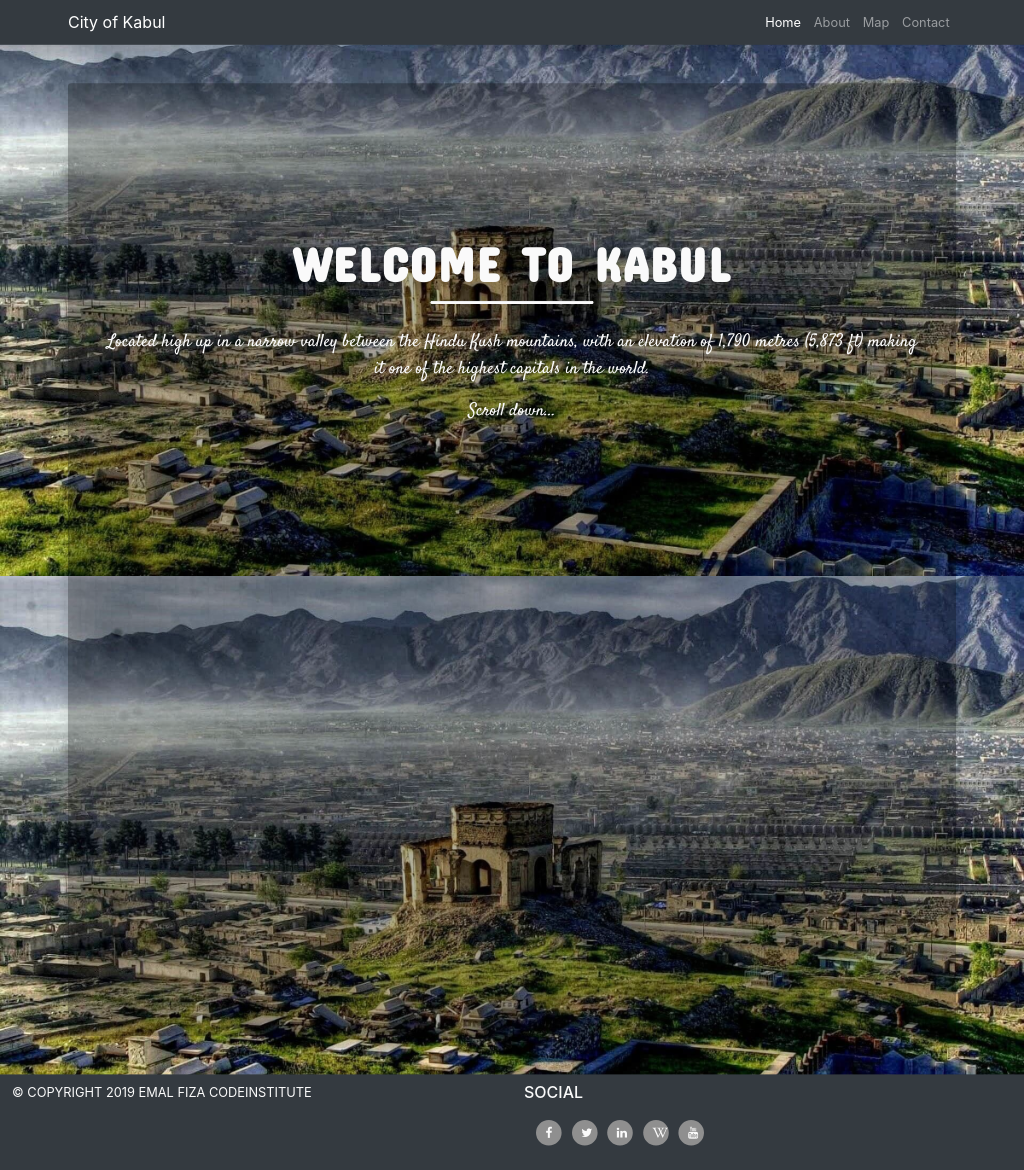
Repository: emalfiza/project-kabul
Page: index.html
The author's editor kept a record of every edit. The page is drawn from the files as they stood at one moment, then again after the next edit.
The browser window is 1280 px wide. The pictures show the whole page, at 80% of full size.
Backgrounds fixed to the window are drawn as part of the page.

Above is the page before.

After the next edit:
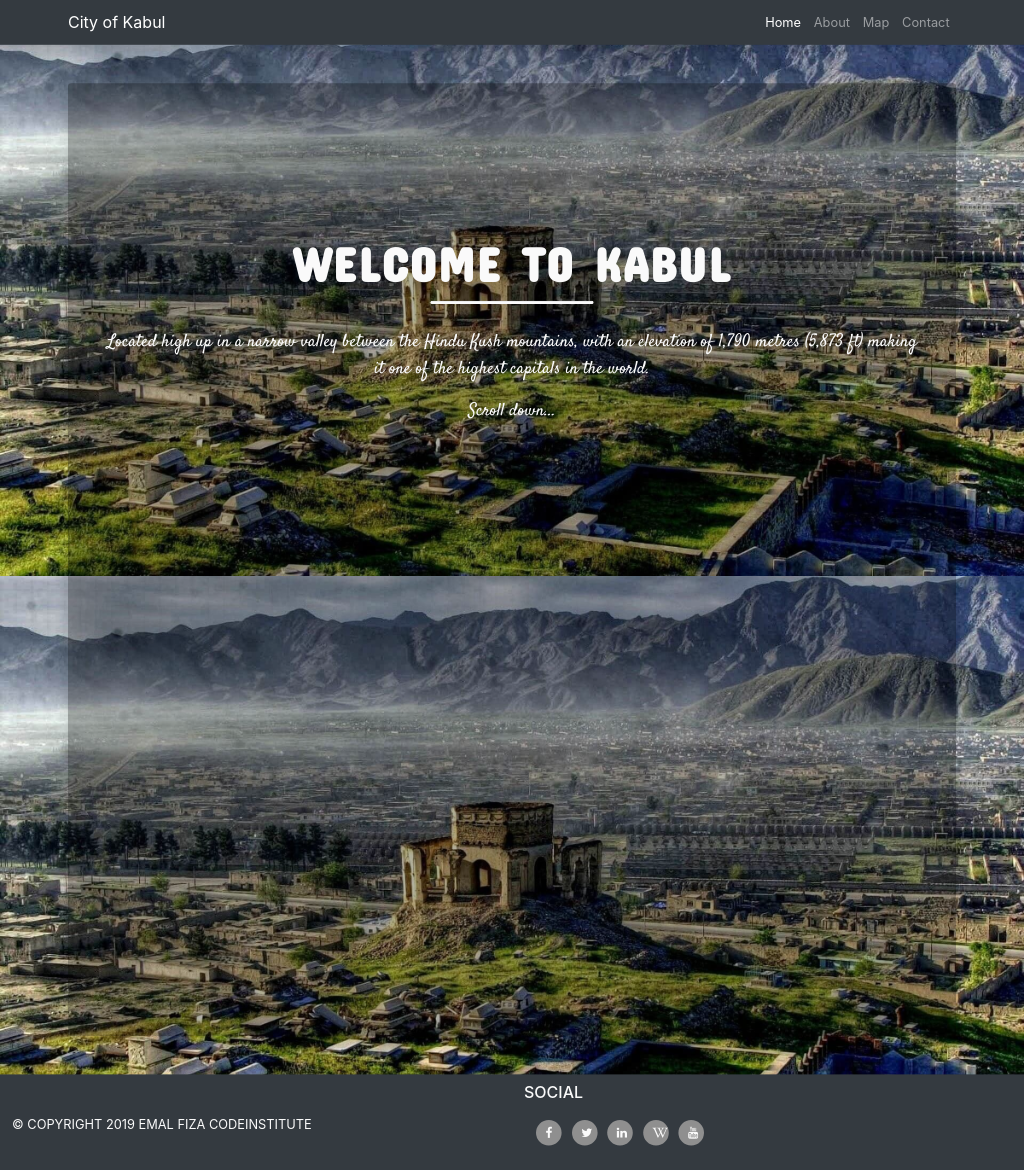
The edit:
--- a/index.html
+++ b/index.html
@@ -65,7 +65,7 @@
   <footer class="container-fluid">
     <div class="row">
       <div class="col-sm-6">
-        <p class="uppercase general-sub">&copy; Copyright 2019 Emal Fiza CodeInstitute</p>
+        <p class="uppercase general-sub special">&copy; Copyright 2019 Emal Fiza CodeInstitute</p>
       </div>
       <div class="col-sm-6">
         <h5 class="uppercase general-sub">Social</h5>
